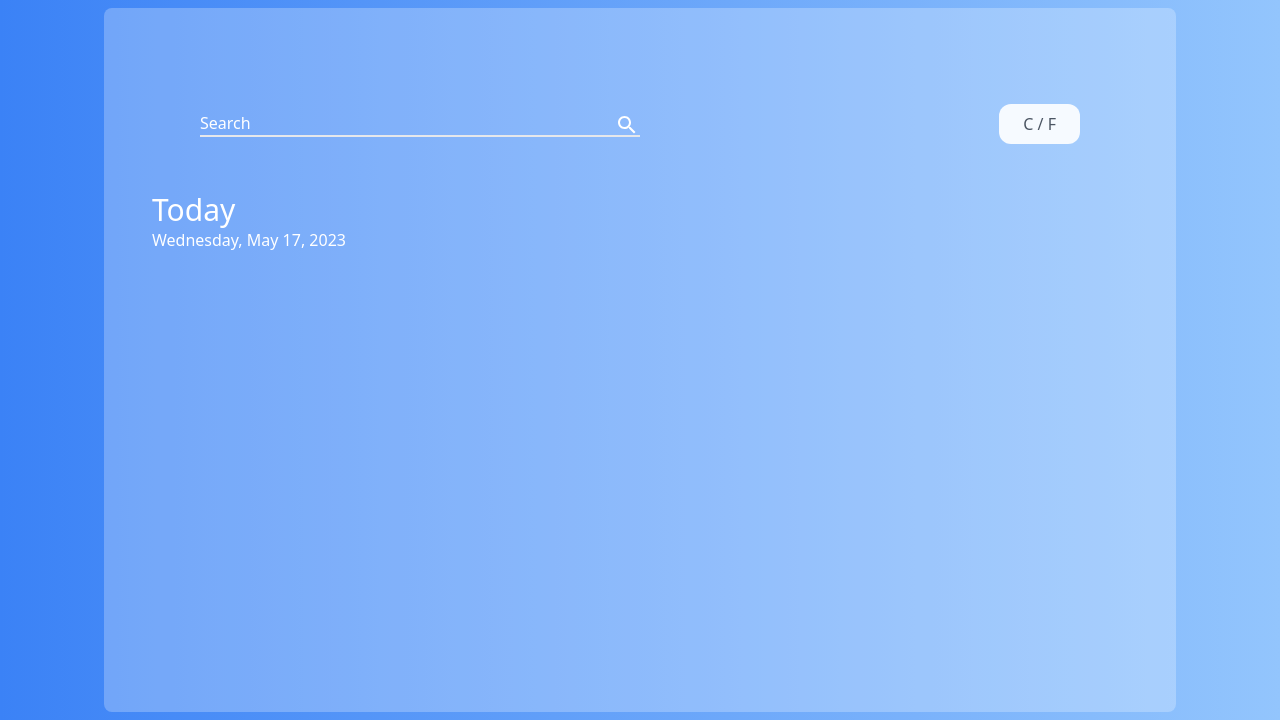
Repository: DevAntonioRogers/react-weatherapp-v2
Page: /
An editor plug-in stored every save of this project. The page is shown before and after the next save, followed by the edit.
The browser window is 1280 px wide. The pictures show the whole page.
The project was rebuilt for these pictures with package versions that can differ from the ones it lists, and the page was loaded fresh each time. The framework's server and built-in components were replaced by stand-ins that run in the browser. Also part of the build but not shown: next.config.js.

Above is the page before, as saved 2023-05-20 00:09:15.

After the next save:
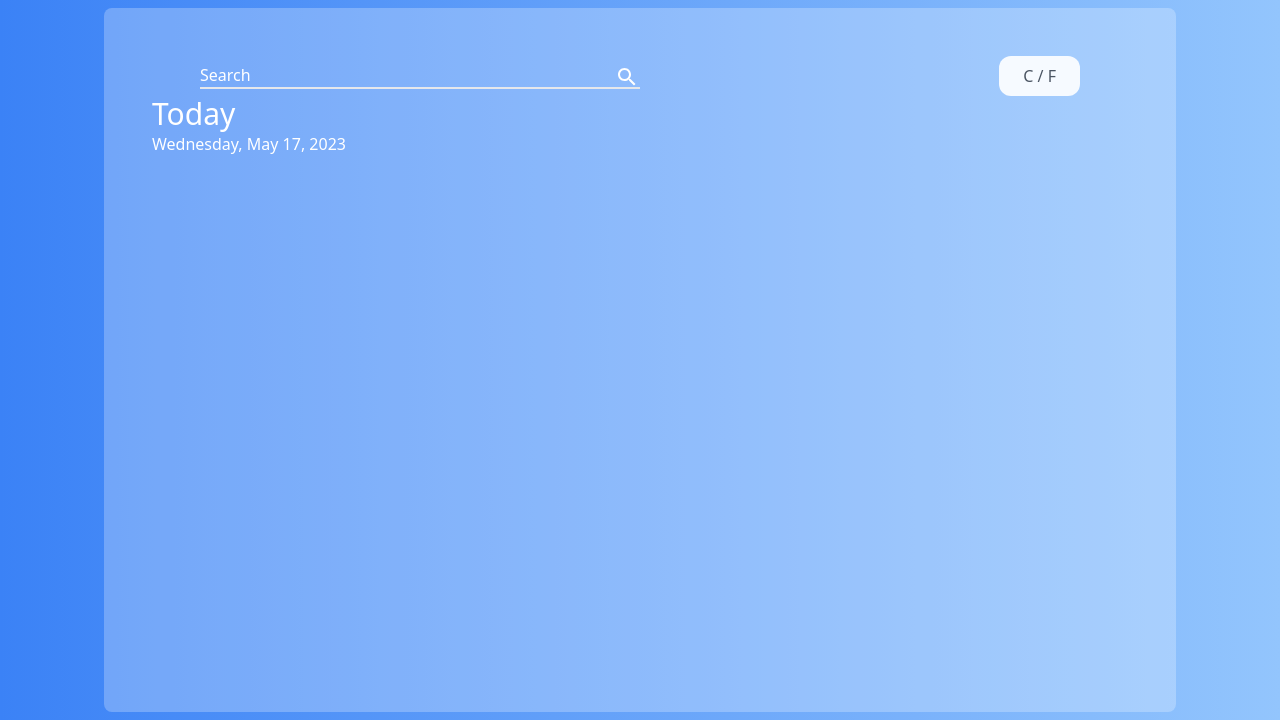
Saved 11 s later.
--- a/app/page.tsx
+++ b/app/page.tsx
@@ -37,7 +37,7 @@ export default function Home() {
     <div className="flex justify-center p-2 bg-cover h-screen bg-gradient-to-r from-blue-500 to-blue-300">
       <div className="bg-white/25 mx-24 w-full rounded-lg p-12 flex flex-col">
         {/* SEARCH AND DEGREE CONVERSION */}
-        <div className="flex justify-between items-center p-12">
+        <div className="flex justify-between items-center mx-12">
           <Input handleSearch={handleSearch} location={location} setLocation={setLocation} />
           <Conversion />
         </div>
